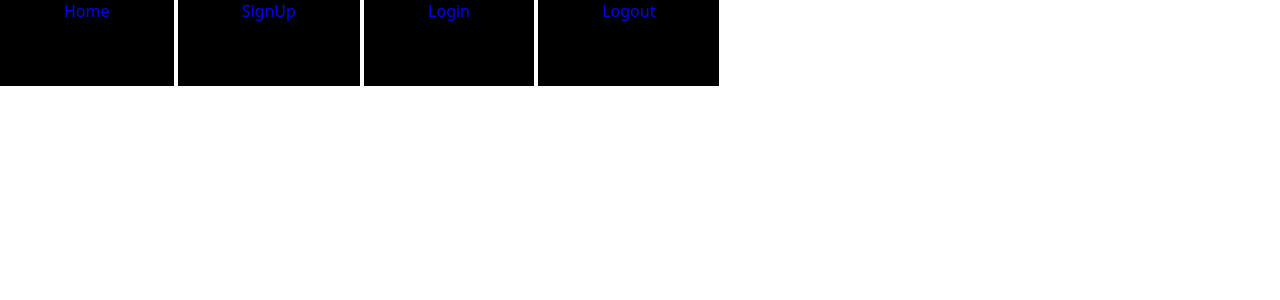
Repository: Ndifoinhilary/authentication
Page: http://localhost/
The author's editor kept a copy of each file at every save. The page is drawn from the files as they stood at one save, then again after the next save.
The browser window is 1280 px wide. The pictures show the whole page.
The page is served by the project's application, run on Django 3.2 (manage.py). Other server files are loaded and not shown.

Above is the page before, as saved 2024-01-03 10:33:16.

### Auth/templates/home.html
{% load static %}
<!DOCTYPE html>
<html lang="en">
<head>
    <meta charset="UTF-8">
    <meta name="viewport" content="width=device-width, initial-scale=1.0">
    <link rel="stylesheet" href="{% static 'css/home.css' %}">
    <title>Home</title>
</head>
<body>
    <nav class="navbar">
        <a href="#">Home</a>
        <a href="#">SignUp</a>
        <a href="#">Login</a>
        <a href="#">Logout</a>
    </nav>
    <div class="center">

        {% if user.is_authenticated %}
            <h1> Welcome {user.email}  </h1>
            {% else %}
            <h1> Welcome   </h1>
        {% endif %}

    </div>
</body>
</html>

### Auth/views.py
# pylint: disable=unused-argument
from django.shortcuts import render, redirect
from django.contrib import messages
from django.contrib.auth import authenticate, login
from Auth.forms import RegistrationForm

# Create your views here.


def homePage(request):
    user = request.user
    return render(request, "home.html", {"user": user})


def registerUser(request):
    form = RegistrationForm()

    if request.method == "POST":
        form = RegistrationForm(request.POST)
        if form.is_valid():
            user = form.save(commit=False)
            user.email = user.email.lower()
            user.save()

            messages.success(request, "Your account has been created successfully")

            if user is not None:
                login(request, user)
                return redirect("home")
        else:
            messages.error(request, "Check your credentials and try again")
    return render(request, "login.html", {"form": form})


def loginUser(request):
    pass


def logoutUser(request):
    pass

### authentication/urls.py
from django.contrib import admin
from django.urls import path, include
from django.conf import settings
from django.conf.urls.static import static

urlpatterns = [path("admin/", admin.site.urls), path("", include("Auth.urls"))]


urlpatterns += static(settings.MEDIA_URL, document_root=settings.MEDIA_ROOT)
urlpatterns += static(settings.STATIC_URL, document_root=settings.MEDIA_ROOT)

### Auth/urls.py
# pylint: disable=trailing-whitespace
from django.urls import path

from . import views


urlpatterns = [
    path("", views.homePage, name="home"),
    path("auth/login/", views.loginUser, name="login"),
    path("auth/register/", views.registerUser, name="register"),
    path("auth/logout/", views.logoutUser, name="logout"),
]

### static/css/home.css
*{
    margin: 0;
    padding: 0;
    box-sizing: border-box;
}

body{
    font-family: system-ui, -apple-system, BlinkMacSystemFont, 'Segoe UI', Roboto, Oxygen, Ubuntu, Cantarell, 'Open Sans', 'Helvetica Neue', sans-serif;
}


a{
 text-decoration: none;
 text-transform: capitalize;
 align-items: center;
 padding: 4rem;
 margin: 4rem auto;
 margin-top: 4rem;
 background: black;
}

h1{
    font-size: large;
    text-transform: capitalize;
    text-align: center;
    margin: 2rem auto;
    clear: both;
}

After the next save:
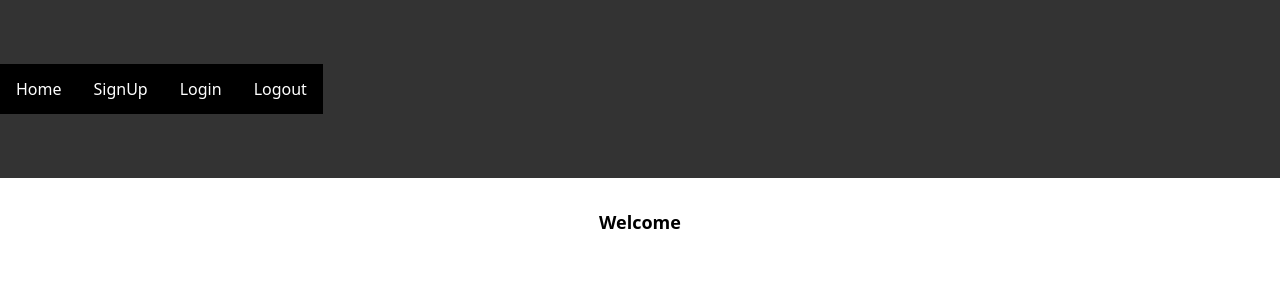
Saved 52 s later.
--- a/static/css/home.css
+++ b/static/css/home.css
@@ -26,3 +26,22 @@ h1{
     margin: 2rem auto;
     clear: both;
 }
+
+.navbar {
+    background-color: #333; /* Navbar background color */
+    overflow: hidden;
+}
+
+.navbar a {
+    float: left;
+    display: block;
+    color: white;
+    text-align: center;
+    padding: 14px 16px;
+    text-decoration: none;
+}
+
+.navbar a:hover {
+    background-color: #ddd; /* Hover color */
+    color: black;
+}
